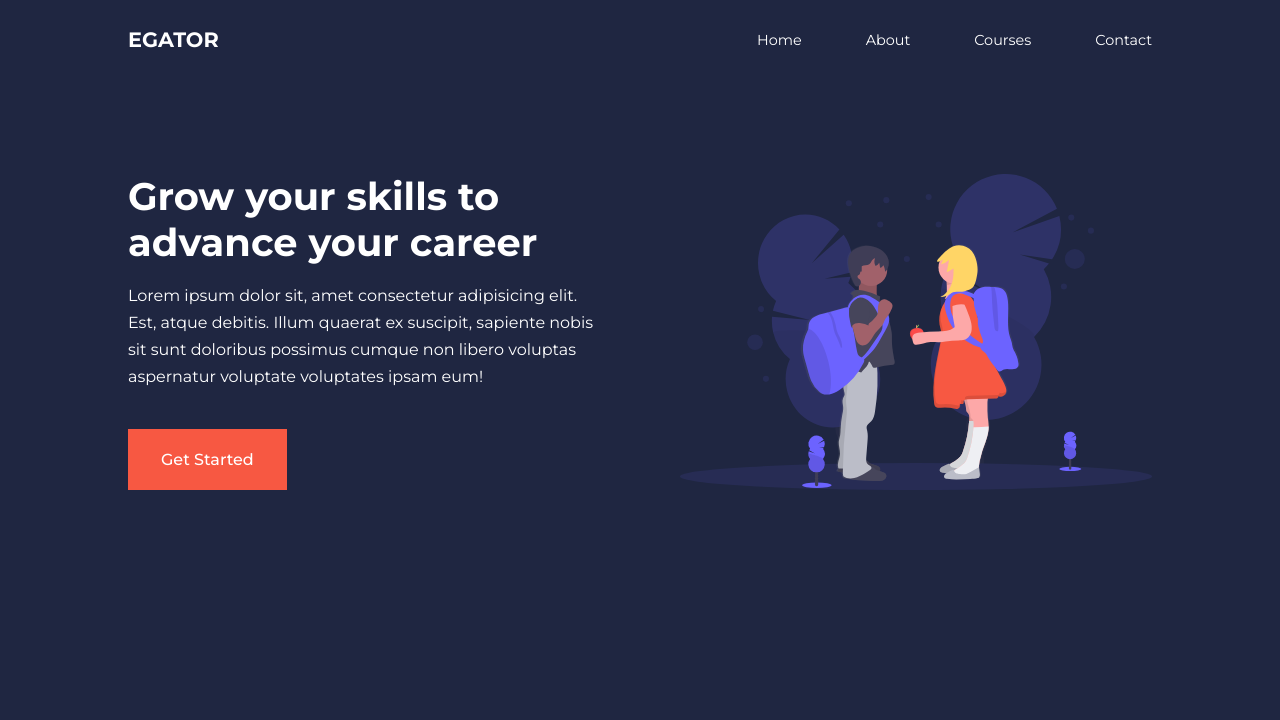
Repository: QUANGTHAI2003/education-web
Page: index.html
These files come from the project's save history. The page is drawn as it stood at one moment and after the next save; the edit follows.
The browser window is 1280 px wide. The pictures show the whole page.

Above is the page before, as saved 2022-03-11 10:39:07.

After the next save:
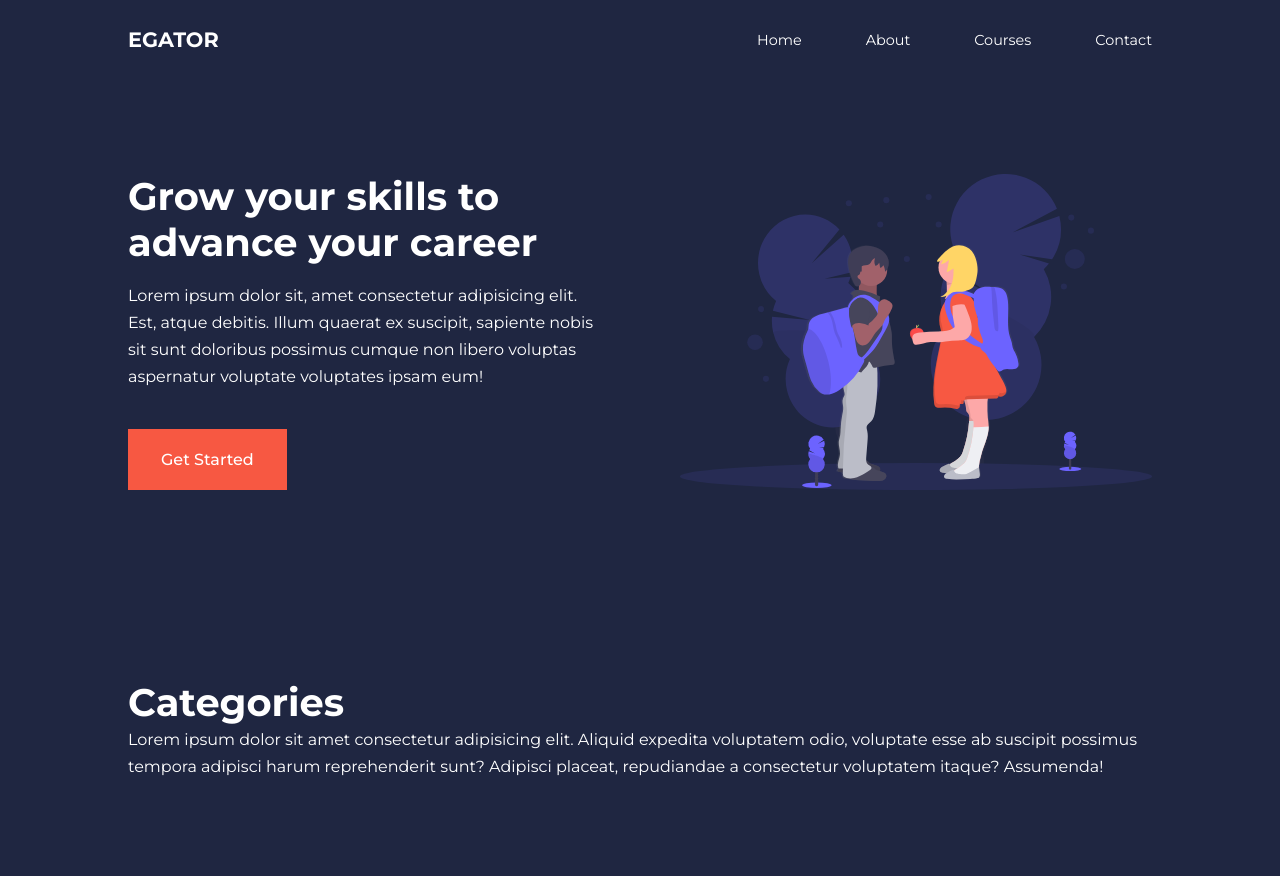
Saved 9 min 50 s later.
--- a/index.html
+++ b/index.html
@@ -60,7 +60,18 @@
         </div>
     </header>
     <!-- END OF HEADER -->
-
+    <section class="categories">
+        <div class="container categories__container">
+            <div class="categories">
+                <h1>Categories</h1>
+                <p>
+                    Lorem ipsum dolor sit amet consectetur adipisicing elit. Aliquid expedita voluptatem odio, voluptate
+                    esse ab suscipit possimus tempora adipisci harum reprehenderit sunt? Adipisci placeat, repudiandae a
+                    consectetur voluptatem itaque? Assumenda!
+                </p>
+            </div>
+        </div>
+    </section>
 </body>
 
 </html>
